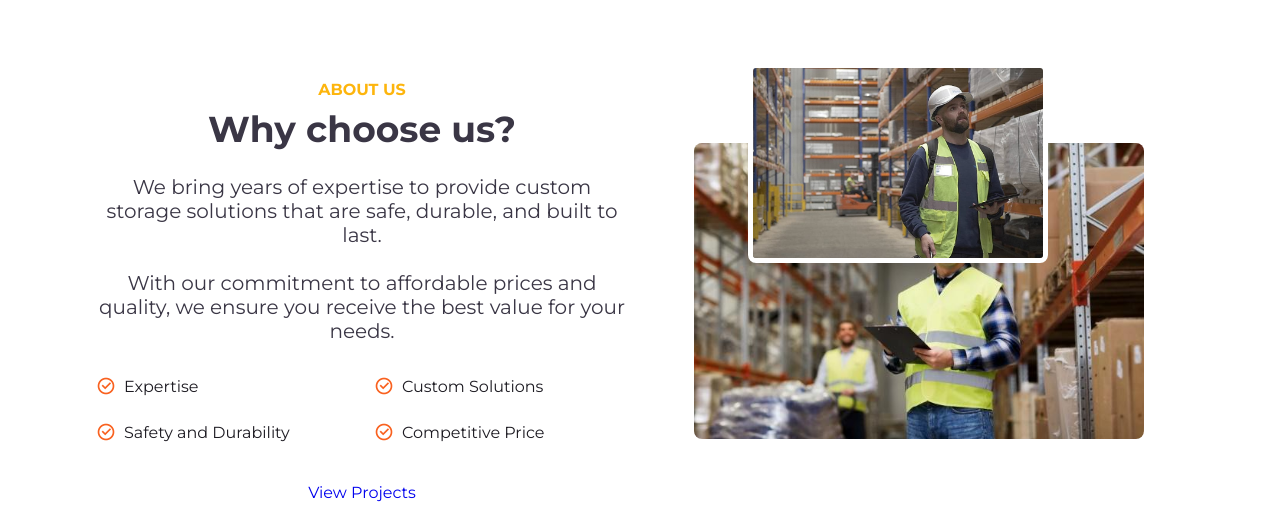
Repository: jahatesu/shelves-and-storage-equipment
Page: index.html
These files come from the project's save history. The page is drawn as it stood at one moment and after a run of saves; the edit follows.
The browser window is 1280 px wide. The pictures show the part of the page from y = 720 to 1238 px (the page is 1238 px tall).
Backgrounds fixed to the window are drawn as part of the page. Some web fonts or font styles are not loaded; a fallback is used.

Above is the page before, as saved 2025-01-08 15:44:10.
Console error: TypeError: Cannot read properties of null (reading 'querySelector')

After the next 2 saves:
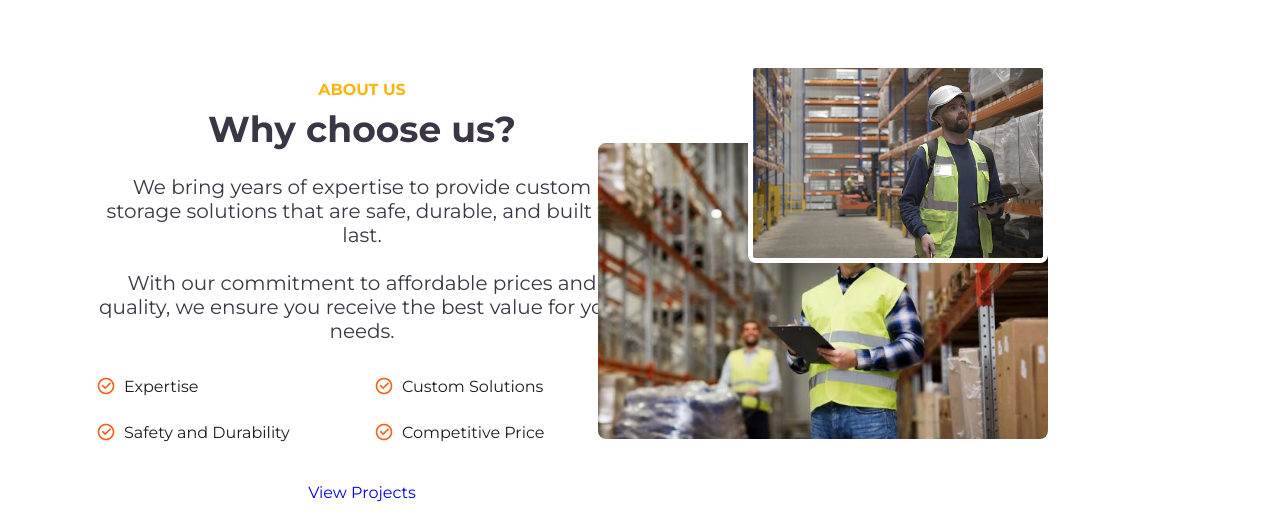
The 2 saves are shown as one change because they came seconds apart.
The last was saved 14 s later.
--- a/style.css
+++ b/style.css
@@ -408,7 +408,7 @@ header {
 
 .about_img2 {
     width: 450px;
-    margin-right: 2.5rem;
+    margin-right: 8.5rem;
 }
 
 /* Responsive Design */
